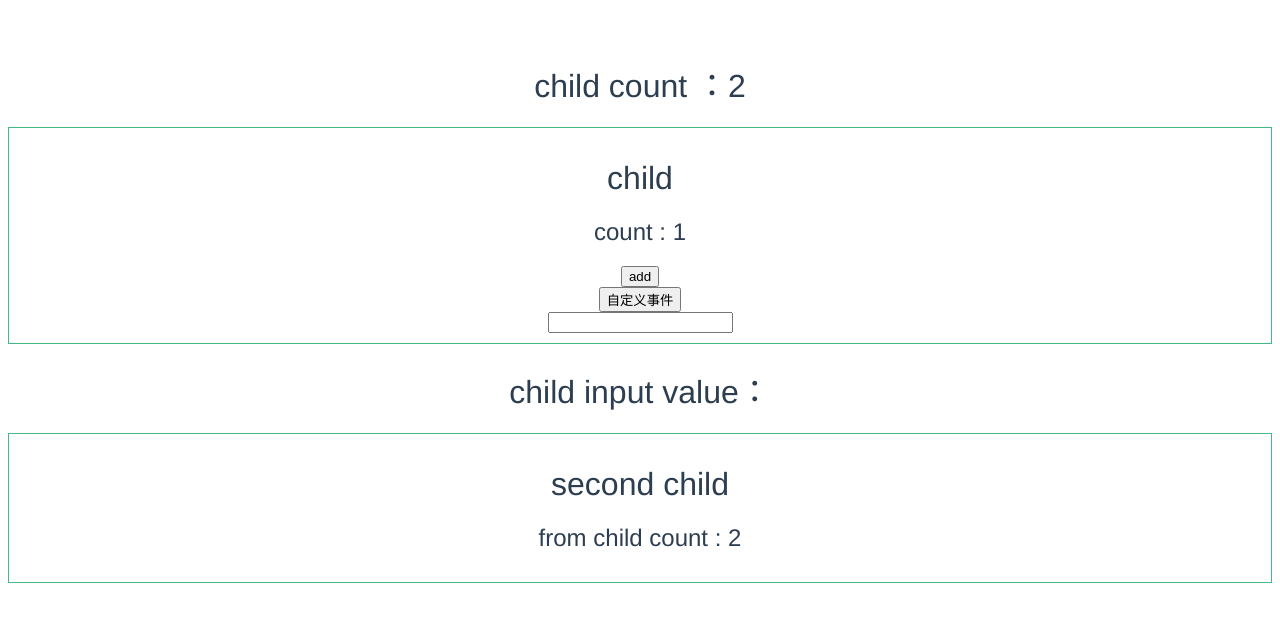
Repository: NotTooTwo/vueRouter
Page: /#/
An editor plug-in stored every save of this project. The page is shown before and after the next save, followed by the edit.
The browser window is 1280 px wide. The pictures show the whole page.
The project was rebuilt for these pictures with package versions that can differ from the ones it lists, and the page was loaded fresh each time.

Above is the page before, as saved 2018-03-13 13:58:41.

### src/components/HelloWorld.vue
<template>
  <div class="hello">
    <h1>child count ：{{childNum}}</h1>
    <!-- 子组件给父组件传参：子组件内(add()函数)$emit触发父组件的预定义的触发函数 -->
    <Child :countNum=1 v-on:childCount="countChildNum"></Child>
    <h1>child input value：{{msg}}</h1>
    <second-child :countNum=childNum></second-child>
  </div>
</template>

<script>
import Child from './child'
import SecondChild from './secondChild'
export default {
  name: 'HelloWorld',
  data () {
    return {
      msg: '',
      childNum:2
    }
  },
methods:{
  countChildNum(num){
      this.childNum = num;
  }
},
mounted(){
  console.log(this.$events)
},
components:{
    Child,
    'second-child':SecondChild
  }
}
</script>

<!-- Add "scoped" attribute to limit CSS to this component only -->
<style scoped>
h1, h2 {
  font-weight: normal;
}
ul {
  list-style-type: none;
  padding: 0;
}
li {
  display: inline-block;
  margin: 0 10px;
}
a {
  color: #42b983;
}
</style>

### src/components/child.vue
<template>
  <div class="child">
    <h1>child</h1>
    <h2>count : {{count}}</h2>
    <button @click='add'>add</button>
    <div>
      <button @click='sendMsg'>自定义事件</button>
    </div>
    <div>
      <input type="text" v-model="childVal">
    </div>
  </div>
</template>

<script>
export default {
  name: 'child',
  data () {
    return {
      msg: 'Welcome to Your Vue.js App',
      count: 0,
      childVal:''
    }
  },
  props:[
    'countNum'
  ],
  created(){
    this.count=this.countNum;
  },
  watch:{
      'childVal'(val,old){
          this.$parent.msg = val
      }
  },
  methods:{
    add(){
      ++this.count;
      this.$emit('childCount',this.count)
    },
    sendMsg(){
      // console.log(this.$parent.msg)
      // this.$set(this.$parent,'msg',this.childVal)
      // this.$parent.msg = this.childVal;
      this.$dispatch('childrenClick');
    }
  }
}
</script>

<!-- Add "scoped" attribute to limit CSS to this component only -->
<style scoped>
h1, h2 {
  font-weight: normal;
}
ul {
  list-style-type: none;
  padding: 0;
}
li {
  display: inline-block;
  margin: 0 10px;
}
a {
  color: #42b983;
}
.child{
  padding: 10px;
  border: 1px solid #42b983;

}
</style>

### src/components/secondChild.vue
<template>
  <div class="child">
    <h1>second child</h1>
    <h2>from child count : {{count}}</h2>
  </div>
</template>

<script>
export default {
  name: 'secondChild',
  data () {
    return {
      msg: 'Welcome to Your Vue.js App',
      count: 0,
    }
  },
  props:[
    'countNum'
  ],
  created(){
    this.count=this.countNum;
  },
  watch:{
      'childVal'(val,old){
          this.$parent.msg = val
      }
  },
  methods:{
    add(){
      ++this.count;
      this.$emit('childCount',this.count)
    },
    sendMsg(){
      // console.log(this.$parent.msg)
      // this.$set(this.$parent,'msg',this.childVal)
      // this.$parent.msg = this.childVal;
      this.$dispatch('childrenClick');
    }
  }
}
</script>

<!-- Add "scoped" attribute to limit CSS to this component only -->
<style scoped>
h1, h2 {
  font-weight: normal;
}
ul {
  list-style-type: none;
  padding: 0;
}
li {
  display: inline-block;
  margin: 0 10px;
}
a {
  color: #42b983;
}
.child{
  padding: 10px;
  border: 1px solid #42b983;

}
</style>

Loaded but not shown: index.html (common file); src/main.js (common file); src/App.vue (common file); src/router/index.js (common file)

After the next save:
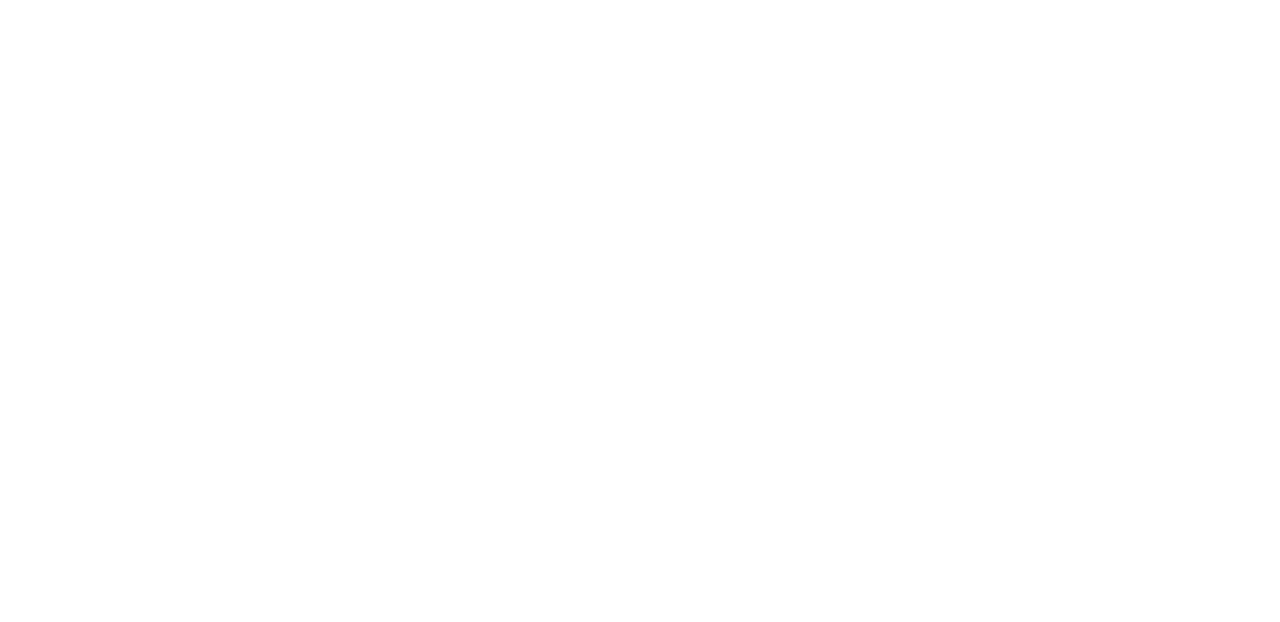
Console error: ReferenceError: Vue is not defined
Saved 4 min 43 s later.
--- a/src/components/HelloWorld.vue
+++ b/src/components/HelloWorld.vue
@@ -11,6 +11,7 @@
 <script>
 import Child from './child'
 import SecondChild from './secondChild'
+var bus = new Vue();
 export default {
   name: 'HelloWorld',
   data () {

After the 4 saves that followed:
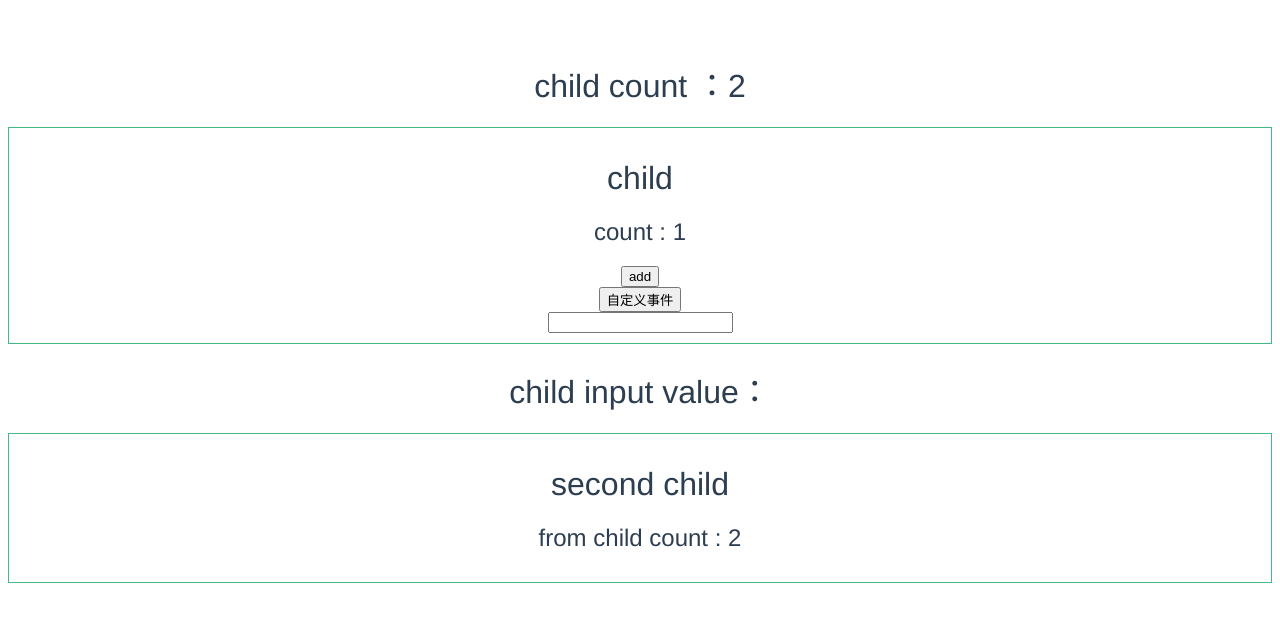
The error is gone.
The 4 saves are shown as one change because 3 left the picture as it was.
The last was saved 83 s later.
--- a/src/components/HelloWorld.vue
+++ b/src/components/HelloWorld.vue
@@ -11,7 +11,6 @@
 <script>
 import Child from './child'
 import SecondChild from './secondChild'
-var bus = new Vue();
 export default {
   name: 'HelloWorld',
   data () {
--- a/src/components/child.vue
+++ b/src/components/child.vue
@@ -37,6 +37,7 @@
     add(){
       ++this.count;
       this.$emit('childCount',this.count)
+      this.$emit('childCount',this.count)
     },
     sendMsg(){
       // console.log(this.$parent.msg)
